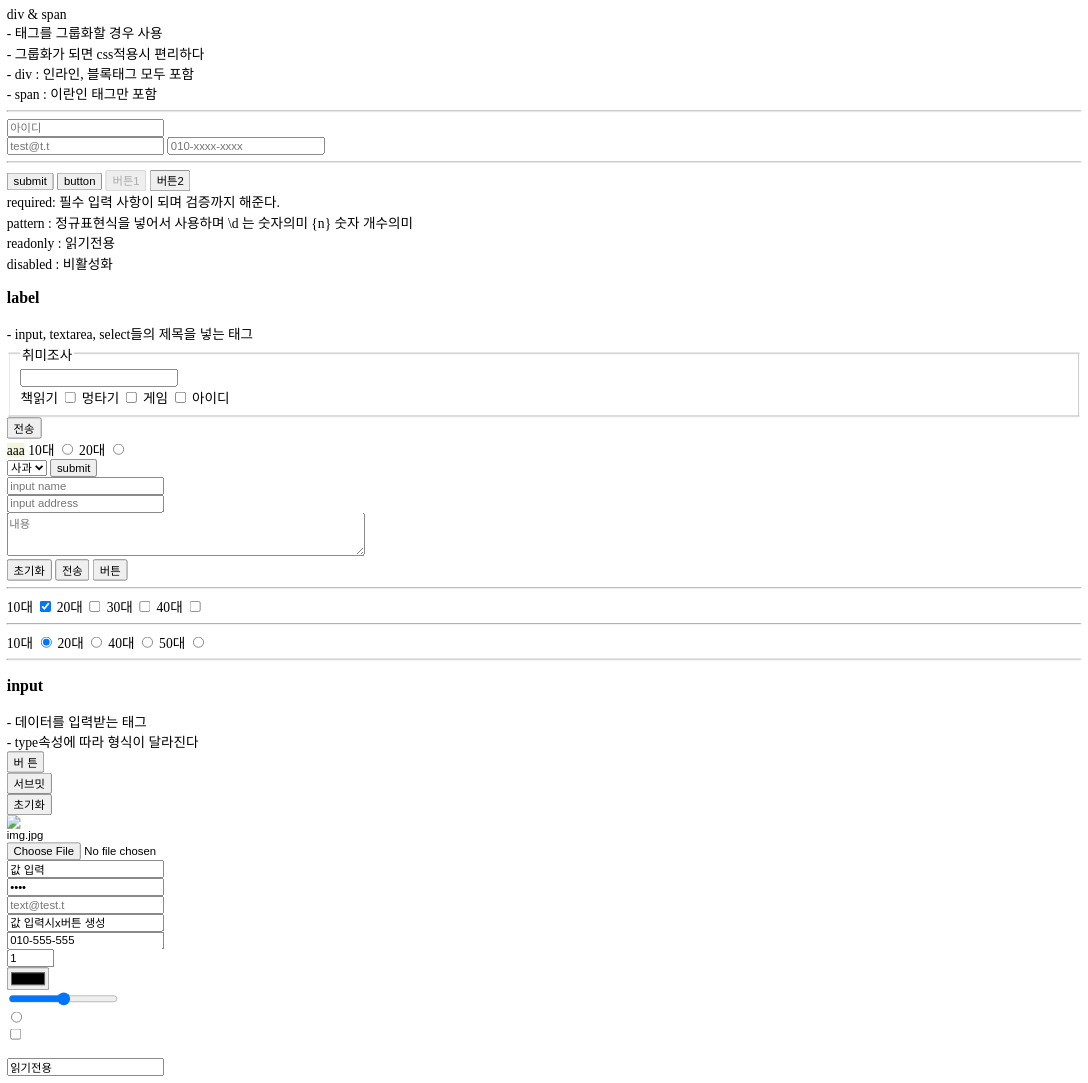
Repository: cleangggg/front
Page: html/ex09.html
An editor plug-in stored every save of this project. The page is shown before and after the next save, followed by the edit.
The browser window is 1280 px wide. The pictures show the whole page, at 85% of full size.

Above is the page before, as saved 2023-05-23 04:20:34.

After the next save:
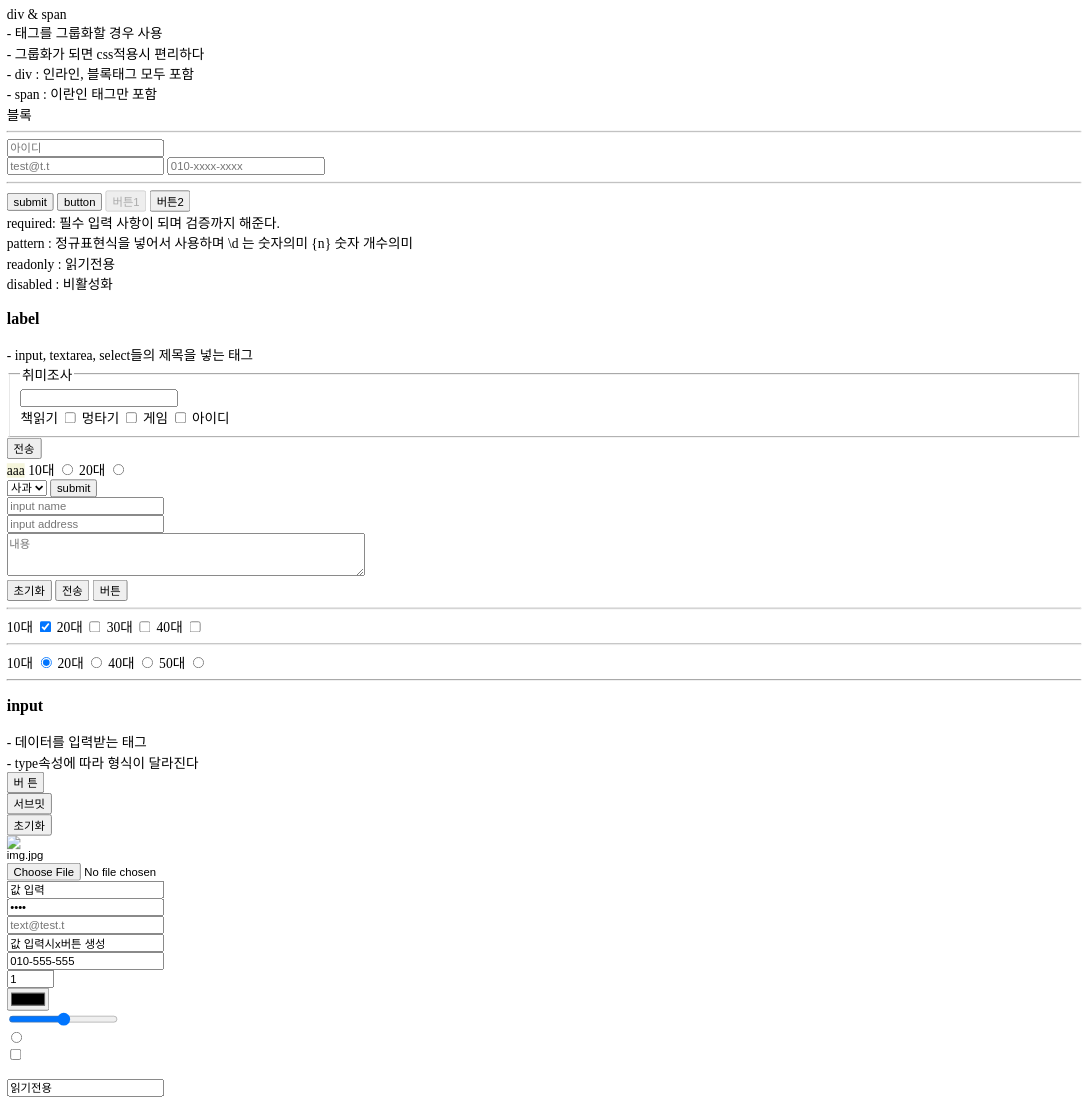
Saved 2 min 59 s later.
--- a/html/ex09.html
+++ b/html/ex09.html
@@ -10,6 +10,7 @@
 	- 그룹화가 되면 css적용시 편리하다<br>
 	- div : 인라인, 블록태그 모두 포함<br>
 	- span : 이란인 태그만 포함 <br>
+<div style="background">블록</div>
 
 <hr>
 <form>
